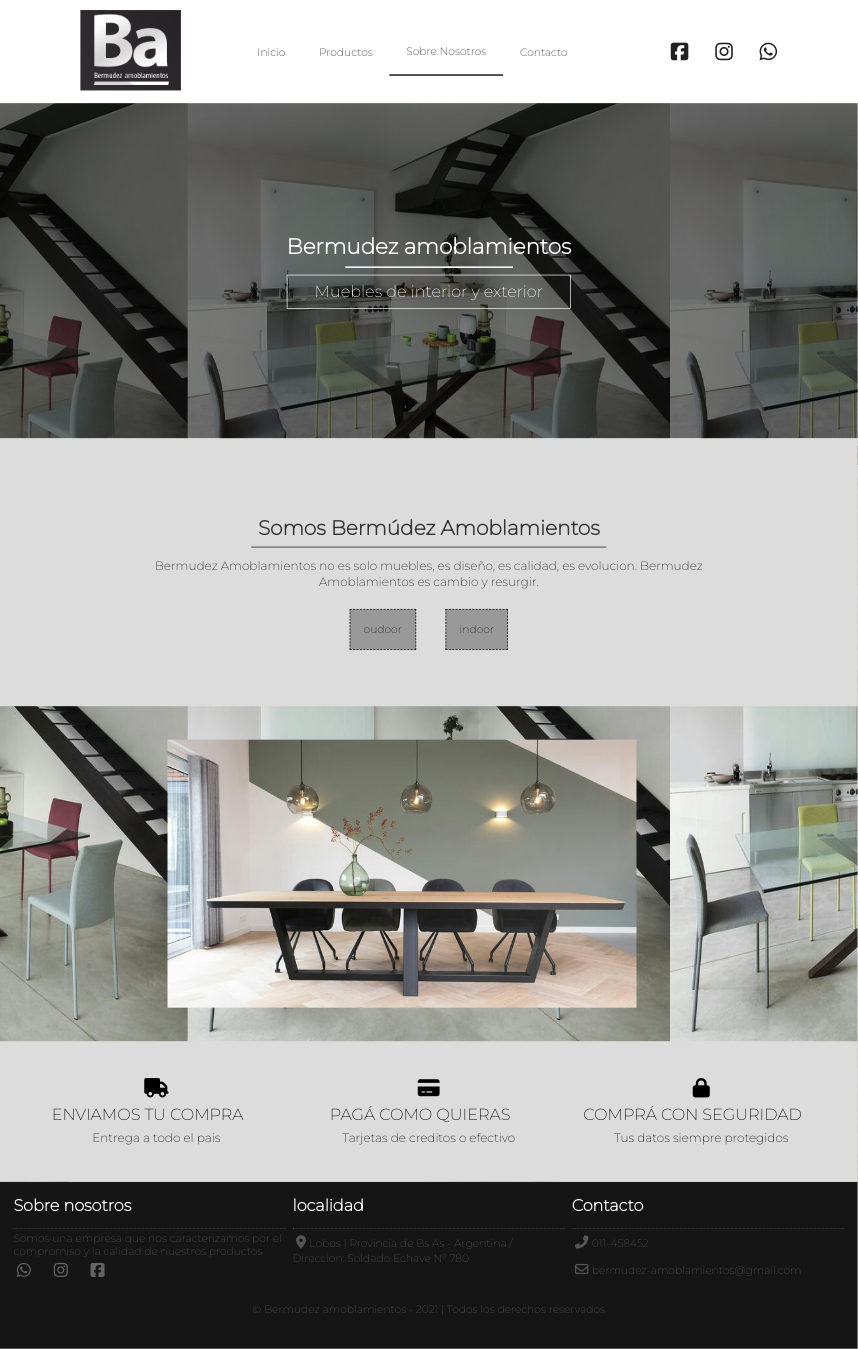
Repository: DamianBermudez94/Bermudez-amoblamientos
Page: index.html
The author's editor kept a copy of each file at every save. The page is drawn from the files as they stood at one save, then again after the next save.
The browser window is 1280 px wide. The pictures show the whole page, at 67% of full size.
Backgrounds fixed to the window are drawn as part of the page. Some web libraries are served in a nearby version.

Above is the page before, as saved 2022-09-22 19:29:50.

After the next save:
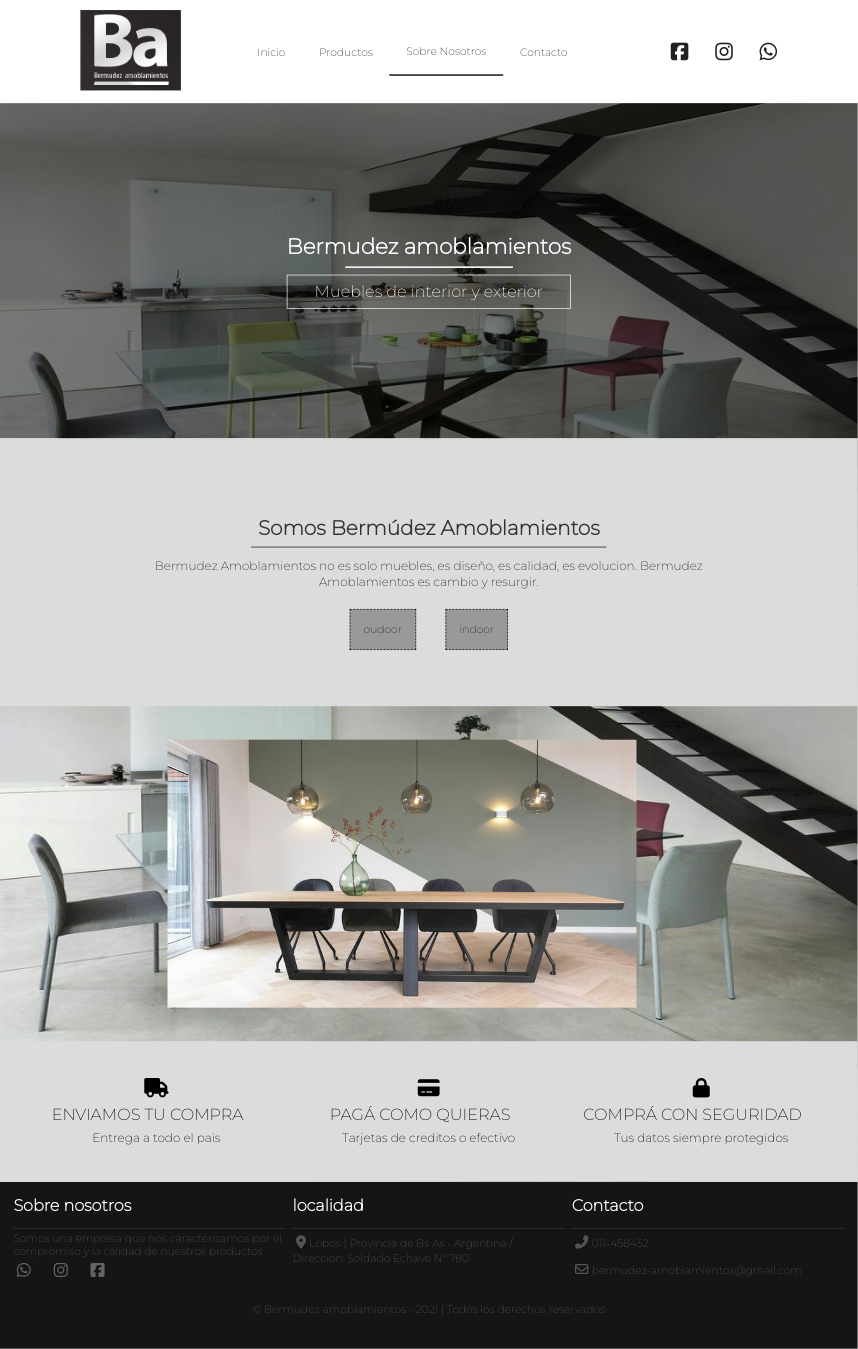
Saved 9 s later.
--- a/index.css
+++ b/index.css
@@ -38,7 +38,7 @@
   background-position: center;
   background-attachment: fixed;
   background-repeat: no-repeat;
-  background-size: 100vh 100vh;
+  background-size: 100% 100vh;
 
 }
 

After the 3 saves that followed:
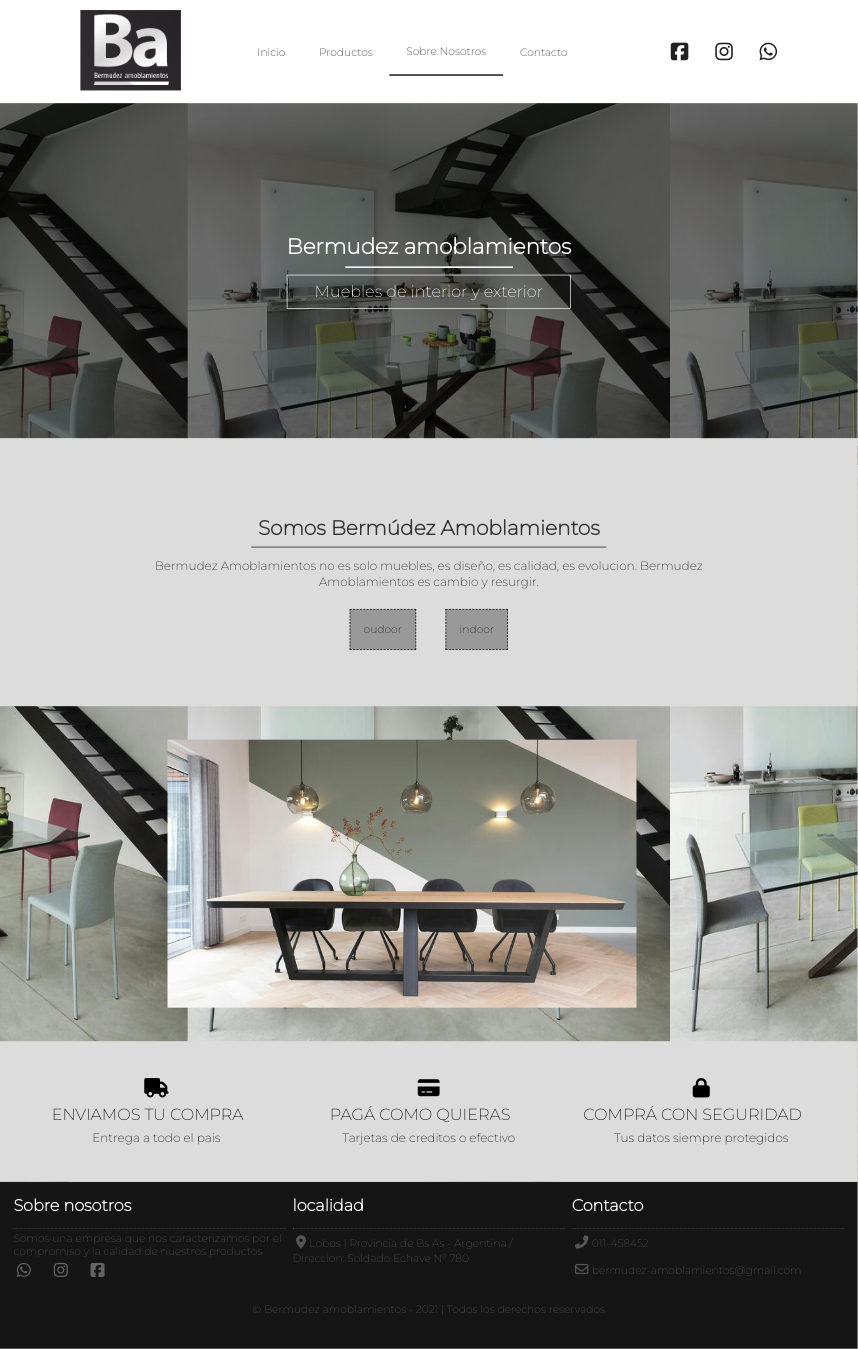
The 3 saves are shown as one change because 1 left the picture as it was and some came seconds apart.
The last was saved 12 s later.
--- a/index.css
+++ b/index.css
@@ -38,7 +38,7 @@
   background-position: center;
   background-attachment: fixed;
   background-repeat: no-repeat;
-  background-size: 100% 100vh;
+  background-size: 100vh 100vh;
 
 }
 
